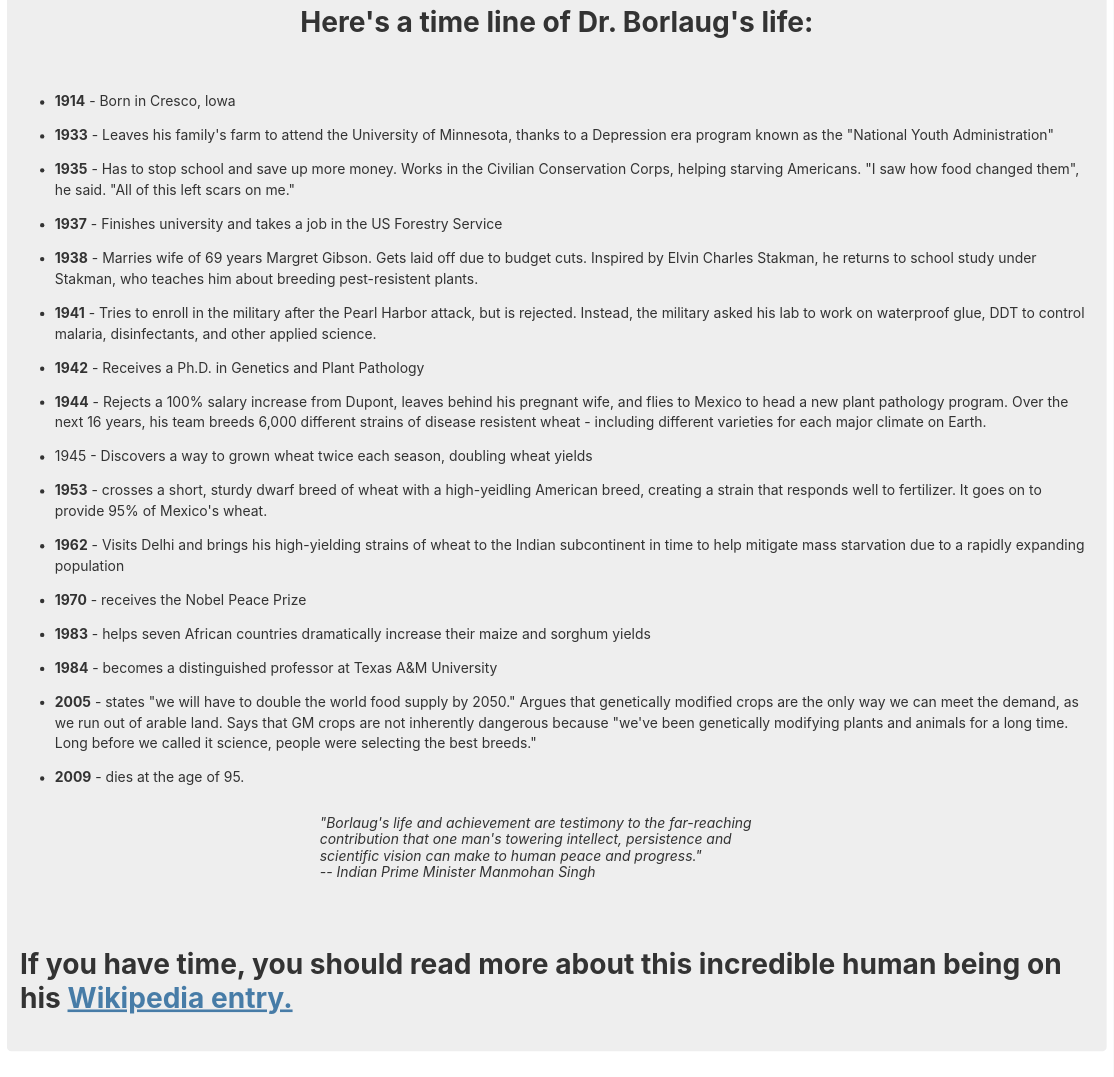
Repository: Lungdjos/tribute-page-certificate
Page: index.html
The author's editor kept a copy of each file at every save. The page is drawn from the files as they stood at one save, then again after a run of saves.
The browser window is 1280 px wide. The pictures show the part of the page from y = 544 to 1782 px (the page is 1782 px tall before and 1750 px after), at 87% of full size.
A picture or video elsewhere on the page could not be fetched, so the positions and the page height are approximate.

Above is the page before, as saved 2023-10-30 12:50:21.

After the next 2 saves:
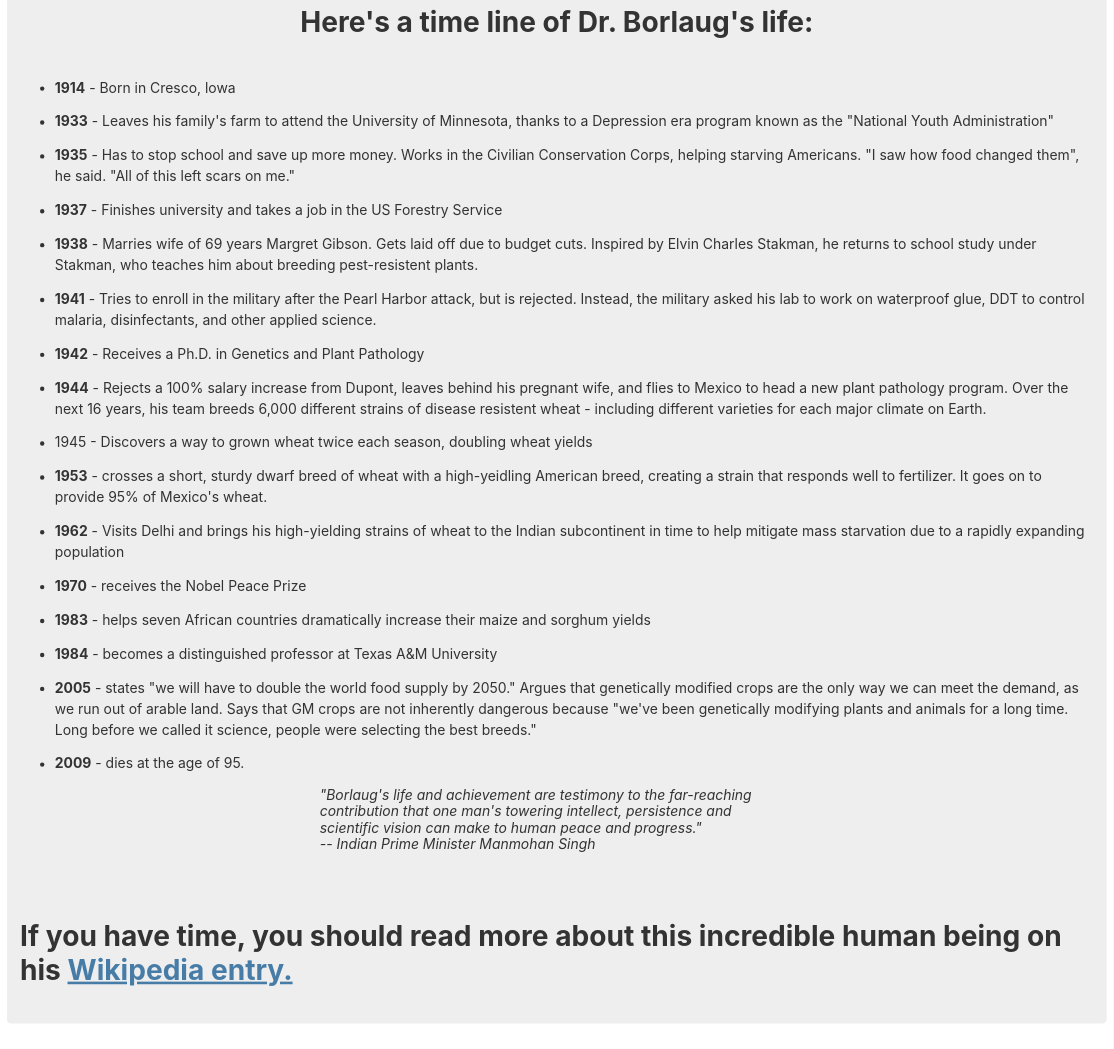
The 2 saves are shown as one change because they came seconds apart.
The last was saved 5 s later.
--- a/styles.css
+++ b/styles.css
@@ -70,7 +70,7 @@
     ul {
         line-height: 1.5;
         text-align: left;
-        margin: ;
+        margin: 0 auto;
     }
 
     li {
